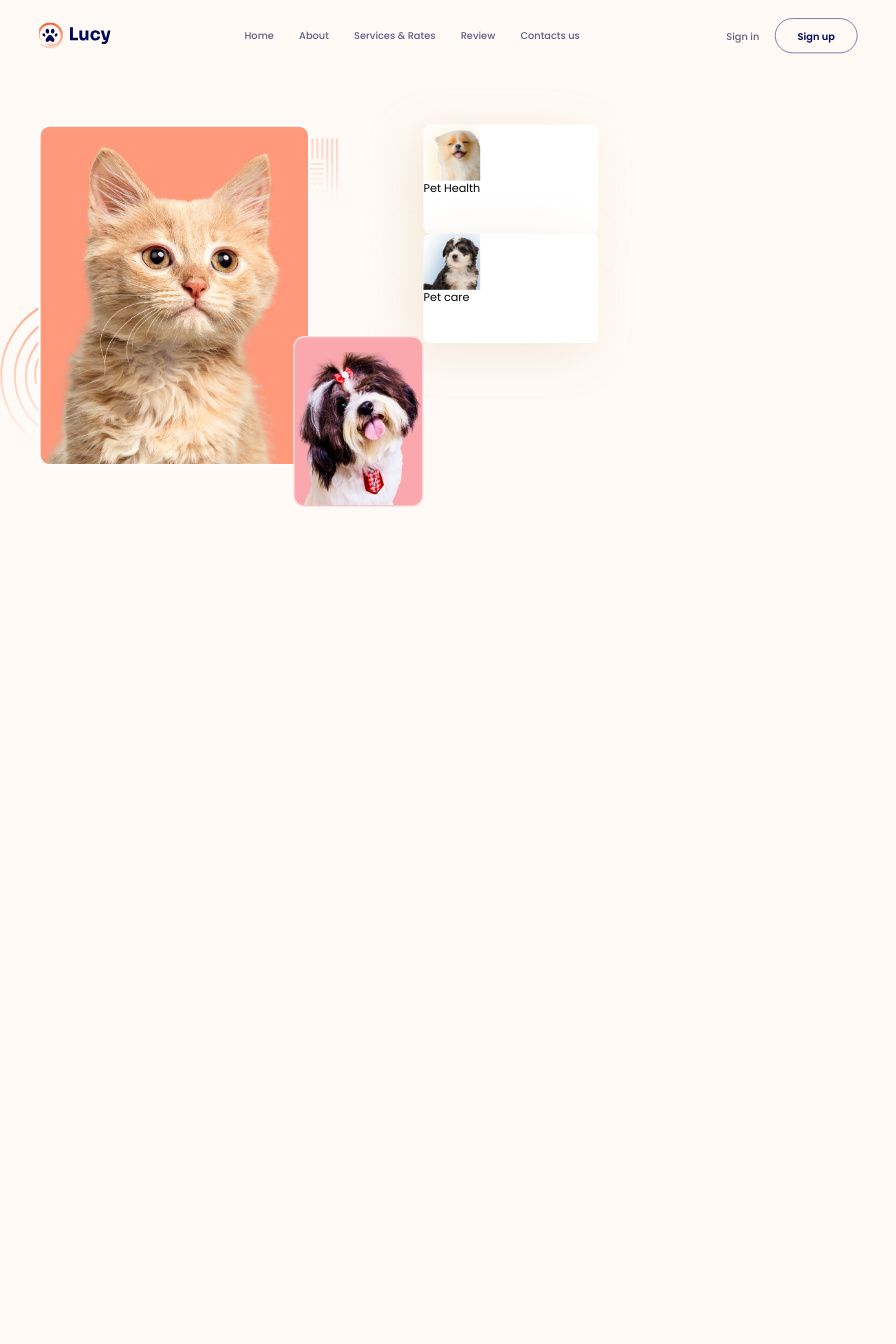
Repository: anhtien111198/f8-htmlcss-04
Page: index.html
The author's editor kept a copy of each file at every save. The page is drawn from the files as they stood at one save, then again after the next save.
The browser window is 1280 px wide. The pictures show the part of the page from y = 0 to 1920 px (the page is 5000 px tall), at 70% of full size.

Above is the page before, as saved 2023-05-17 11:24:34.

### index.html
<!DOCTYPE html>
<html lang="en">
    <head>
        <meta charset="UTF-8" />
        <meta http-equiv="X-UA-Compatible" content="IE=edge" />
        <meta name="viewport" content="width=device-width, initial-scale=1.0" />
        <title>Lucy - Established &amp Trusted Pet Care Service</title>
        <!-- favicon -->
        <link
            rel="apple-touch-icon"
            sizes="57x57"
            href="./assets/favicon/apple-icon-57x57.png"
        />
        <link
            rel="apple-touch-icon"
            sizes="60x60"
            href="./assets/favicon/apple-icon-60x60.png"
        />
        <link
            rel="apple-touch-icon"
            sizes="72x72"
            href="./assets/favicon/apple-icon-72x72.png"
        />
        <link
            rel="apple-touch-icon"
            sizes="76x76"
            href="./assets/favicon/apple-icon-76x76.png"
        />
        <link
            rel="apple-touch-icon"
            sizes="114x114"
            href="./assets/favicon/apple-icon-114x114.png"
        />
        <link
            rel="apple-touch-icon"
            sizes="120x120"
            href="./assets/favicon/apple-icon-120x120.png"
        />
        <link
            rel="apple-touch-icon"
            sizes="144x144"
            href="./assets/favicon/apple-icon-144x144.png"
        />
        <link
            rel="apple-touch-icon"
            sizes="152x152"
            href="./assets/favicon/apple-icon-152x152.png"
        />
        <link
            rel="apple-touch-icon"
            sizes="180x180"
            href="./assets/favicon/apple-icon-180x180.png"
        />
        <link
            rel="icon"
            type="image/png"
            sizes="192x192"
            href="./assets/favicon/android-icon-192x192.png"
        />
        <link
            rel="icon"
            type="image/png"
            sizes="32x32"
            href="./assets/favicon/favicon-32x32.png"
        />
        <link
            rel="icon"
            type="image/png"
            sizes="96x96"
            href="./assets/favicon/favicon-96x96.png"
        />
        <link
            rel="icon"
            type="image/png"
            sizes="16x16"
            href="./assets/favicon/favicon-16x16.png"
        />
        <link rel="manifest" href="./assets/favicon/manifest.json" />
        <meta name="msapplication-TileColor" content="#ffffff" />
        <meta
            name="msapplication-TileImage"
            content="./assets/favicon/ms-icon-144x144.png"
        />
        <meta name="theme-color" content="#ffffff" />
        <!-- reset css-->
        <link rel="stylesheet" href="./assets/css/reset.css" />
        <!-- Embed font family-->
        <link rel="preconnect" href="https://fonts.googleapis.com" />
        <link rel="preconnect" href="https://fonts.gstatic.com" crossorigin />
        <link
            href="https://fonts.googleapis.com/css2?family=Poppins:wght@300;400;500;600&family=Sora:wght@400;500;600;700;800&display=swap"
            rel="stylesheet"
        />
        <!-- style css -->
        <link rel="stylesheet" href="./assets/css/style.css" />
    </head>
    <body style="height: 5000px">
        <!-- header -->
        <header class="header">
            <div class="container">
                <div class="header__inner">
                    <!-- logo -->
                    <img src="./assets/images/logo.svg" alt="" class="logo" />
                    <!-- navbar -->
                    <nav class="navbar">
                        <ul class="navbar__list">
                            <li class="navbar__item">
                                <a href="#!" class="navbar__link">Home</a>
                            </li>
                            <li class="navbar__item">
                                <a href="#!" class="navbar__link">About</a>
                            </li>
                            <li class="navbar__item">
                                <a href="#!" class="navbar__link">
                                    Services &amp Rates
                                </a>
                            </li>
                            <li class="navbar__item">
                                <a href="#!" class="navbar__link">Review</a>
                            </li>
                            <li class="navbar__item">
                                <a href="#!" class="navbar__link">
                                    Contacts us
                                </a>
                            </li>
                        </ul>
                    </nav>
                    <!-- header action -->
                    <div class="header-action">
                        <a href="#!" class="header-action__link">Sign in</a>
                        <a href="#!" class="header-action__btn btn">Sign up</a>
                    </div>
                </div>
            </div>
        </header>
        <!-- hero -->
        <section class="hero">
            <div class="container">
                <div class="hero__inner">
                    <!-- hero media -->
                    <div class="hero__media">
                        <div class="hero__img-wrap">
                            <img
                                src="./assets/images/pet-01.png"
                                alt=""
                                class="hero__img"
                            />
                            <!-- decorators -->
                            <img
                                src="./assets/images/decor-01.svg"
                                alt=""
                                class="hero__decor hero__decor-left"
                            />
                            <img
                                src="./assets/images/decor-02.svg"
                                alt=""
                                class="hero__decor hero__decor-right"
                            />
                        </div>
                        <div class="hero__img-wrap hero__img-wrap-small">
                            <img
                                src="./assets/images/pet-02.png"
                                alt=""
                                class="hero__img hero__img-small"
                            />
                        </div>
                        <div class="hero__list">
                            <div class="hero-list-item">
                                <img
                                    src="./assets/images/pet-03.png"
                                    alt=""
                                    class="hero-list-item__thumb"
                                />
                                <div class="hero-list-item__info">
                                    <p class="hero-list-item__title">
                                        Pet Health
                                    </p>
                                    <div class="hero-list-item__skeleton"></div>
                                    <div class="hero-list-item__skeleton"></div>
                                </div>
                            </div>
                            <div class="hero-list-item">
                                <img
                                    src="./assets/images/pet-04.png"
                                    alt=""
                                    class="hero-list-item__thumb"
                                />
                                <div class="hero-list-item__info">
                                    <p class="hero-list-item__title">
                                        Pet care
                                    </p>
                                    <div class="hero-list-item__skeleton"></div>
                                    <div class="hero-list-item__skeleton"></div>
                                </div>
                            </div>
                        </div>
                    </div>
                    <!-- hero content -->
                    <section class="hero__content"></section>
                </div>
            </div>
        </section>
    </body>
</html>

### assets/css/style.css
* {
    box-sizing: border-box;
}
html {
    font-size: 62.5%;
}
body {
    font-size: 1.6rem;
    font-family: "Poppins", sans-serif;
    background: #fffaf5;
}
/* ======================Common=================== */
a {
    text-decoration: none;
}
h1,
h2,
h3,
h4,
h5,
h6 {
    font-family: "Sora", sans-serif;
}
input,
textarea,
button,
select {
    font-size: inherit;
    font-family: inherit;
}
.container {
    width: 1170px;
    max-width: calc(100% - 48px);
    margin: 0 auto;
}
.btn {
    --height: 56px;
    display: inline-block;
    min-width: 130px;
    height: var(--height);
    line-height: var(--height);
    border: 1px solid rgba(0, 9, 88, 0.7);
    border-radius: 99px;
    font-weight: 600;
    font-size: 1.4rem;
    text-align: center;
    color: #000958;
}
.btn:hover {
    opacity: 0.9;
}
/* ===========header============== */
.header {
    position: sticky;
    top: -26px;
    z-index: 1;
    padding: 26px 0;
}
.header__inner {
    display: flex;
    align-items: center;
    justify-content: space-between;
}
.navbar__list {
    display: flex;
}
.navbar__link,
.header-action__link {
    padding: 8px 18px;
    font-weight: 500;
    font-size: 1.4rem;
    line-height: 1;
    color: #5e6085;
}
.navbar__link:hover {
    color: #000958;
    text-shadow: 1px 0 0 currentColor;
}
.header-action__btn {
    --height: 50px;
    min-width: 118px;
}
/* =======Hero======= */
.hero {
    margin-top: 76px;
}
.hero__inner {
    display: flex;
    align-items: center;
    justify-content: space-between;
}
.hero__media {
    display: flex;
}
.hero__img-wrap {
    position: relative;
    display: flex;
    align-items: flex-end;
    justify-content: center;
    width: 388px;
    height: 488px;
    background: #fe997b;
    border-radius: 16px;
    border: 3px solid #fff;
}
.hero__img {
    max-width: 100%;
    max-height: 100%;
    border-radius: inherit;
}
.hero__decor {
    position: absolute;
    z-index: -1;
}
.hero__decor-left {
    left: -58px;
    bottom: 10px;
}
.hero__decor-right {
    top: 16px;
    right: -43px;
}
.hero__img-wrap-small {
    align-self: flex-end;
    width: 186px;
    height: 244px;
    margin: 0 0 -58px -24px;
    border: 2px solid #f7dddf;
    background: #faa7ad;
}
.hero-list-item {
    width: 250px;
    height: 156px;
    background: #ffffff;
    box-shadow: -17px 14px 68px -4px rgba(207, 174, 132, 0.25);
    border-radius: 10px;
}

Loaded but not shown: assets/css/reset.css (common file)

After the next save:
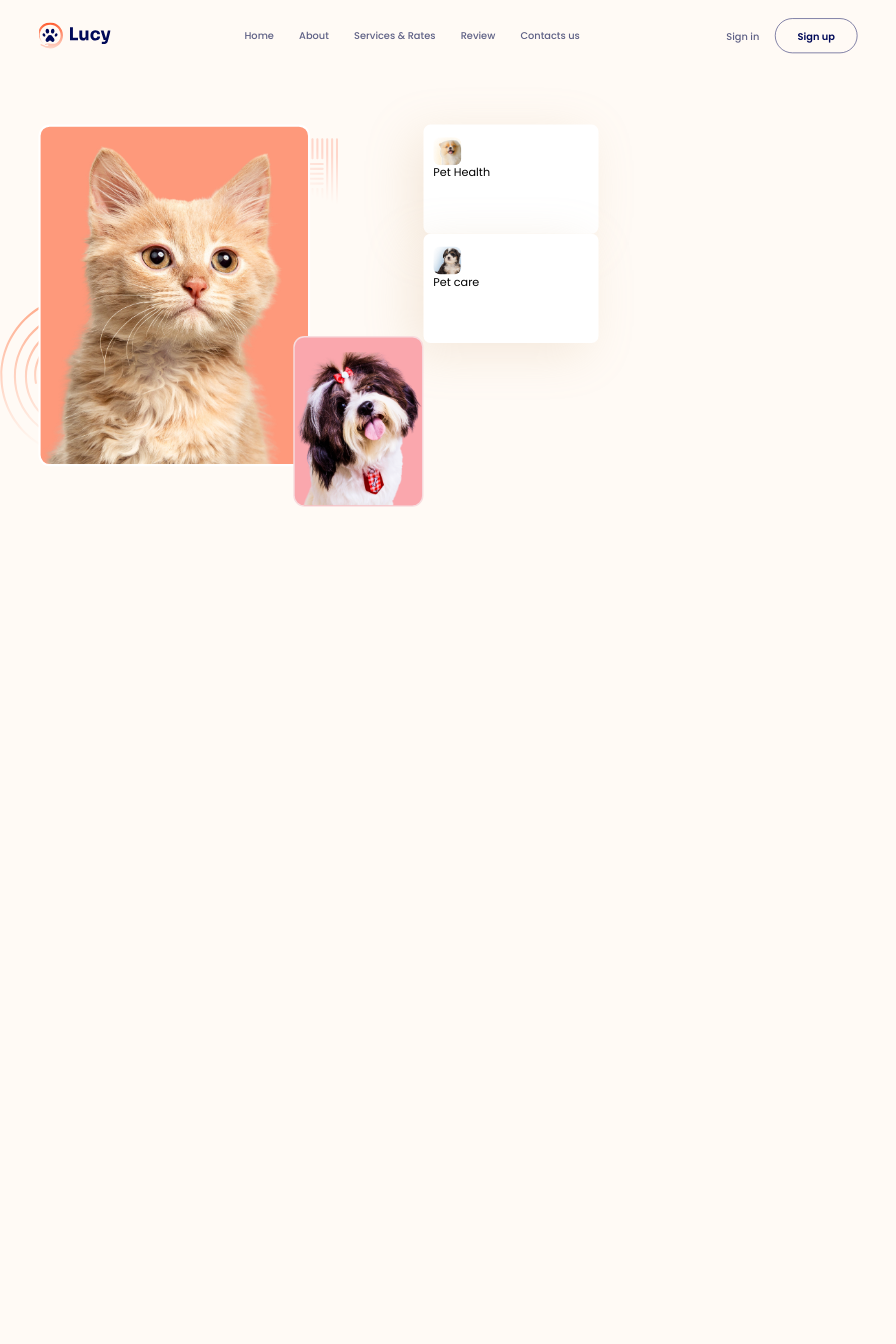
Saved 2 min 6 s later.
--- a/assets/css/style.css
+++ b/assets/css/style.css
@@ -131,7 +131,14 @@ select {
 .hero-list-item {
     width: 250px;
     height: 156px;
+    padding: 18px 14px;
     background: #ffffff;
     box-shadow: -17px 14px 68px -4px rgba(207, 174, 132, 0.25);
     border-radius: 10px;
 }
+.hero-list-item__thumb {
+    width: 40px;
+    height: 40px;
+    border-radius: 10px;
+    object-fit: cover;
+}
